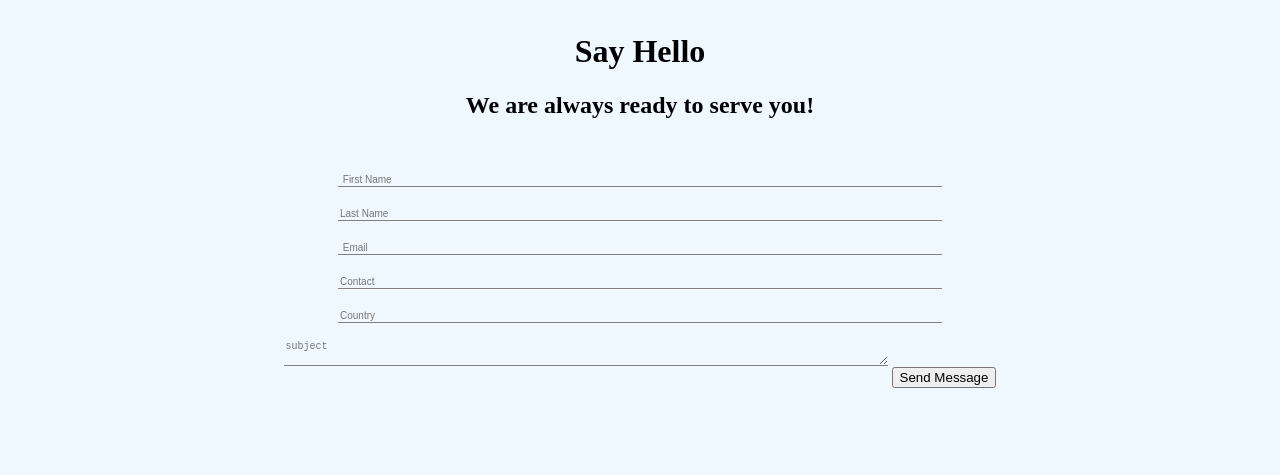
Repository: Owusuharriet/HW1-HAMAH.index.html
Page: index.htm
The author's editor kept a copy of each file at every save. The page is drawn from the files as they stood at one save, then again after a run of saves.
The browser window is 1280 px wide. The pictures show the whole page.

Above is the page before, as saved 2020-08-03 23:16:12.

After the next 2 saves:
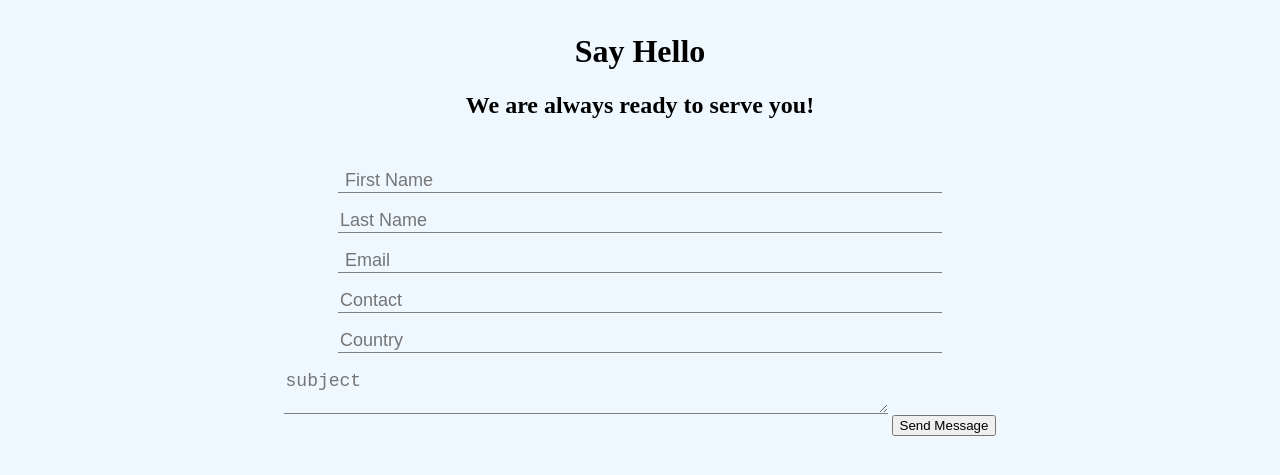
The 2 saves are shown as one change because they came seconds apart.
The last was saved 6 s later.
--- a/style.css
+++ b/style.css
@@ -36,6 +36,6 @@ form{
     outline: none;
     border-bottom: 1px solid gray;
     color:#ffffff;
-    font-size: 10px;
+    font-size: 18px;
     margin-bottom: 16px;
 }
